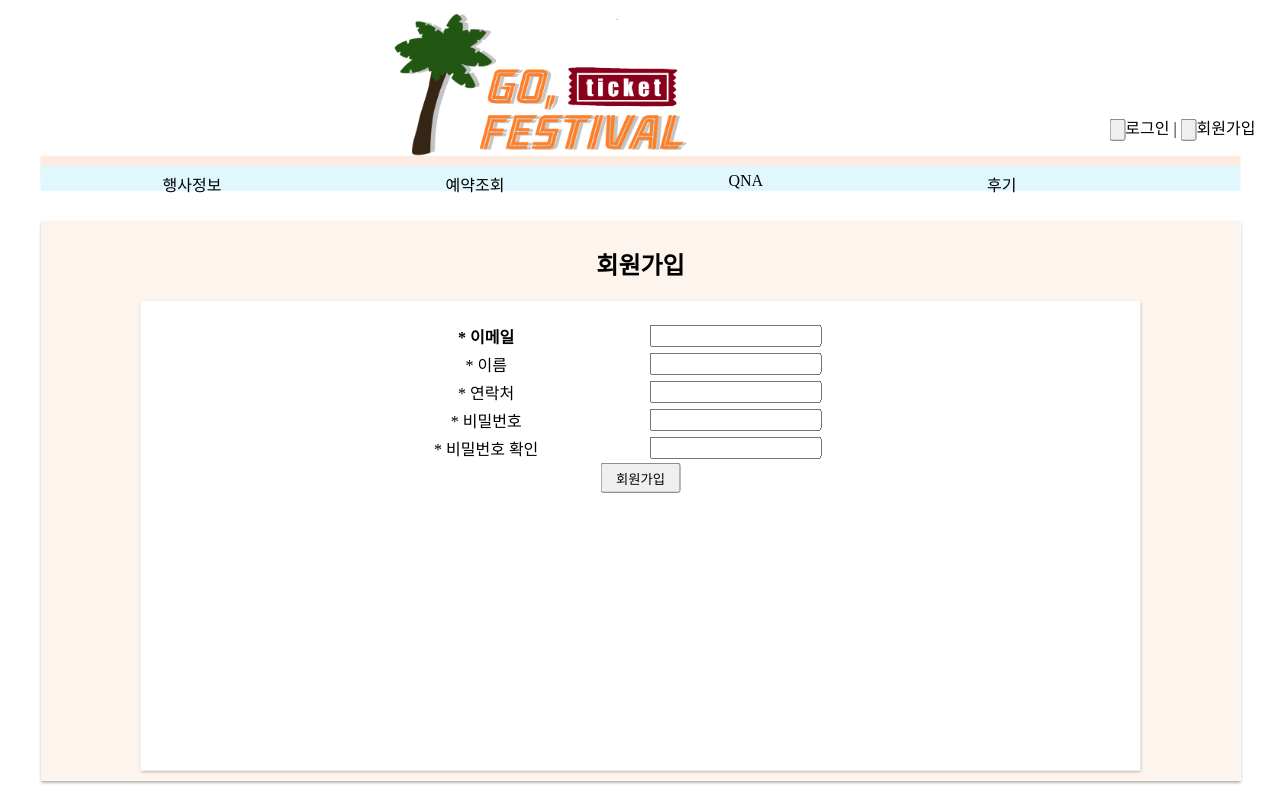
Repository: Changgyu1/Chang_Gu
Page: http://localhost/Project/register.jsp
The author's editor kept a copy of each file at every save. The page is drawn from the files as they stood at one save, then again after the next save.
The browser window is 1280 px wide. The pictures show the whole page.
Some web fonts or font styles are not loaded; a fallback is used. The page is served by Tomcat 9.

Above is the page before, as saved 2023-11-14 09:35:46.

After the next save:
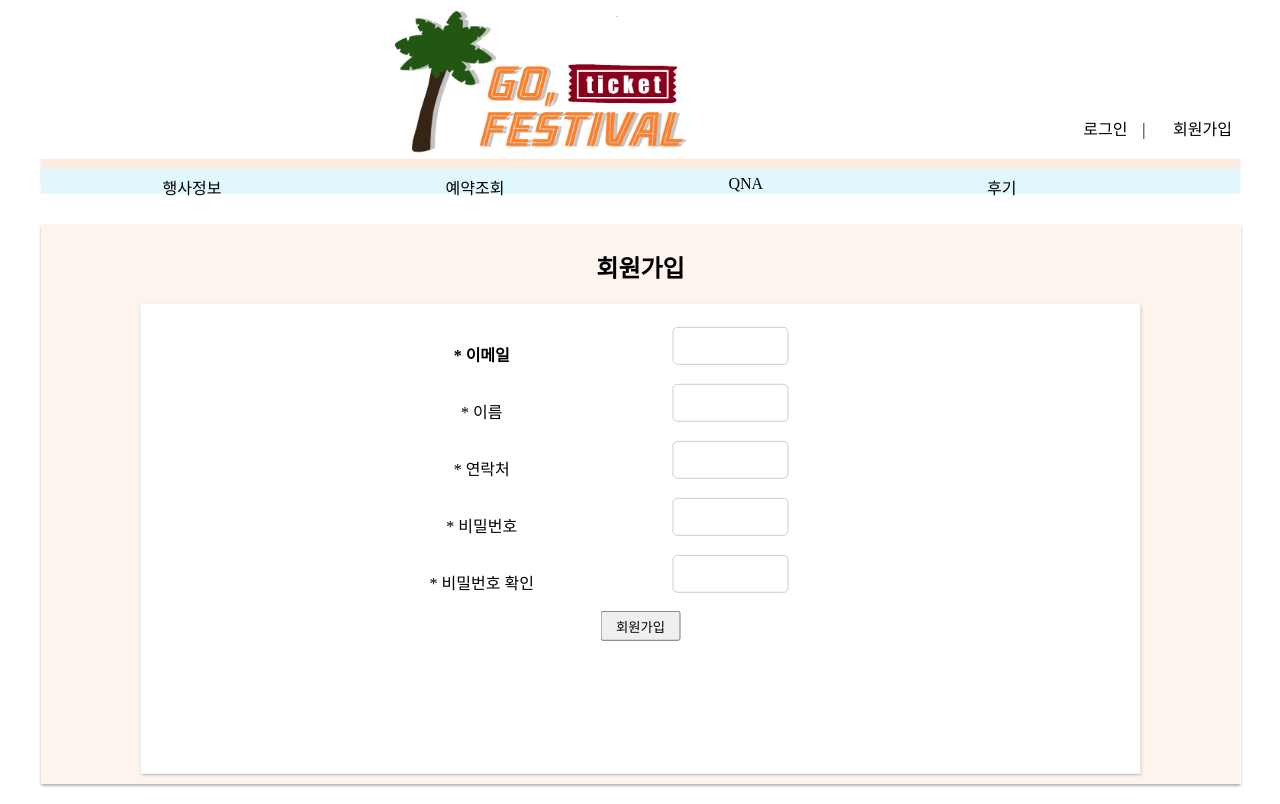
Saved 55 s later.
--- a/Project/src/main/webapp/register.jsp
+++ b/Project/src/main/webapp/register.jsp
@@ -10,7 +10,8 @@
 <meta name="viewport" content="width=device-width, initial-scale=1.0">
 <title>예약</title>
 <link rel="stylesheet" type="text/css" href="./css/event.css">
-
+<link rel="stylesheet" type="text/css"
+	href="./hjCss/reservationSearch.css">
 	<style>
 	.center-register{
 	   width:500px;
@@ -27,10 +28,7 @@ border-top:none;
 border-bottom:none;
 
 };
-input{
-	width: 500px;
-	height: 300px;
-}
+
 	</style>
 </head>
 <body>
@@ -42,16 +40,20 @@ input{
 			<%
 			if (session.getAttribute("email") != null) {
 			%>
-			<input type="button" onclick="location.href='logout.jsp'">로그아웃</button>
+			<button type="button" onclick="location.href='logout.jsp'"
+				style="width: 75px;">로그아웃</button>
 			<h>|</h>
-			<input type="button"
-				onclick="location.href='mypageServlet?email=<%=session.getAttribute("email")%>'">마이페이지</button>
+			<button type="button"
+				onclick="location.href='mypageServlet?email=<%=session.getAttribute("email")%>'"
+				style="width: 100px;">마이페이지</button>
 			<%
 			} else {
 			%>
-			<input type="button" onclick="location.href='login.jsp'">로그인</button>
+			<button type="button" onclick="location.href='login.jsp'"
+				style="width: 60px;">로그인</button>
 			<h>|</h>
-			<input type="button" onclick="location.href='join.jsp'">회원가입</button>
+			<button type="button" onclick="location.href='join.jsp'"
+				style="width: 100px;">회원가입</button>
 			<%
 			}
 			%>
